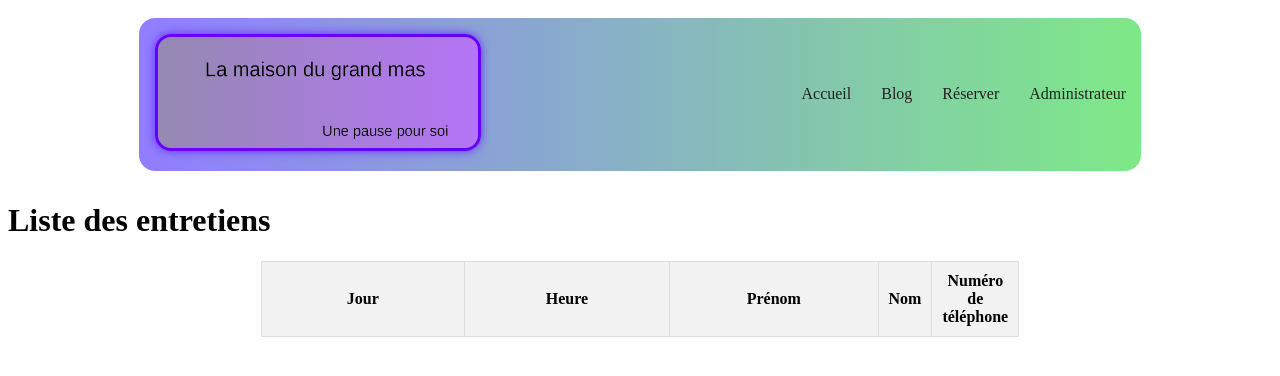
Repository: Crosnierpaul/Les_Rangers_de_Pouvoir
Page: http://localhost/adminEntretien
These files come from the project's save history. The page is drawn as it stood at one moment and after a run of saves; the edit follows.
The browser window is 1280 px wide. The pictures show the whole page.
The page is served by the project's Node server (site/server.js). Other server files are loaded and not shown. Queries for data that is not in the repository find no rows.

Above is the page before, as saved 2024-05-07 15:54:20.

### site/public/views/entretienAdmin.ejs
<!DOCTYPE html>
<html lang="fr">
<head>
    <meta charset="UTF-8">
    <meta name="viewport" content="width=device-width, initial-scale=1.0">
    <title>Administration des entretiens</title>
    <link rel="stylesheet" href="../css/admin.css">
</head>
<body>
    <%- include('navbarAdmin') %>
    <h1>Liste des entretiens</h1>
    <table>
        <thead>
            <tr>
                <th>Jour</th>
                <th>Heure</th>
                <th>Prénom</th>
                <th>Nom</th>
                <th>Numéro de téléphone</th>
            </tr>
        </thead>
        <tbody id="entretiensTableBody">
            <!-- Les entretiens seront ajoutés ici dynamiquement par JavaScript -->
        </tbody>
    </table>

    <script src="/js/entretienAdmin.js"></script>
</body>
</html>

### site/public/views/navbarAdmin.ejs
<!DOCTYPE html>
<html lang="fr">
<head>
    <meta charset="UTF-8">
    <meta name="viewport" content="width=device-width, initial-scale=1.0">
    <title>Navbar</title>
    <link href="/css/navbar.css" rel="stylesheet">
</head>
<body>
    <header>
        <nav class="navbar navbar-expand-md navbar-light">
            <div class="container">
                <!-- Ajouter le bouton de bascule pour les petits écrans
                <button class="navbar-toggler" type="button" data-toggle="collapse" data-target="#navbarSupportedContent" aria-controls="navbarSupportedContent" aria-expanded="false" aria-label="Toggle navigation">
                    <span class="navbar-toggler-icon"></span>
                </button> -->
                <div class="collapse navbar-collapse justify-content-center" id="navbarSupportedContent">
                    <ul class="navbar-nav d-flex justify-content-start">
                        <li id="liLogo">
                            <img id="logo" src="/images/logo.png"/>
                        </li>
                        <li class="nav-item">
                            <a class="nav-link" href="/">Accueil</a>
                        </li>
                        <li class="nav-item">
                            <a class="nav-link" href="/blog">Blog</a>
                        </li>
                        <li class="nav-item">
                            <a class="nav-link" href="/entretien">Réserver</a>
                        </li>
                        <li class="nav-item">
                            <a class="nav-link" href="/admin">Administrateur</a>
                        </li>
                        </ul>
                    </div>
                </div>
            </div>
        </nav>
    </header>

    <!-- Inclure jQuery (requis pour Bootstrap JavaScript)
    <script src="https://ajax.googleapis.com/ajax/libs/jquery/3.5.1/jquery.min.js"></script>
    Inclure Bootstrap JavaScript
    <script src="https://stackpath.bootstrapcdn.com/bootstrap/4.5.2/js/bootstrap.bundle.min.js"></script> -->
</body>
</html>

<script>
    // Attendez que le DOM soit chargé
    document.addEventListener("DOMContentLoaded", function() {
        // Récupérez l'URL de la page actuelle
        var currentLocation = window.location.href.substring("http://localhost:3000".length);

        // Sélectionnez tous les liens de la navbar
        var navLinks = document.querySelectorAll('.navbar-nav .nav-item');

        // Parcourez chaque lien pour vérifier s'il correspond à la page active
        navLinks.forEach(function(navItem) {
            var link = navItem.querySelector('.nav-link');
            var linkHref = link.getAttribute('href');

            // Vérifiez si l'URL de la page actuelle correspond à l'URL du lien dans la navbar
            if (currentLocation === linkHref) {
                // Ajoutez la classe 'active' à l'élément parent (li) correspondant
                navItem.classList.add('active');
            }
        });
    });
</script>

### site/server.js
const express = require('express');
const mongoose = require('mongoose');
const semainesRoutes = require('./routes/semainesRoutes');
const articleRoutes = require('./routes/articleRoutes');
const reservationsRoutes = require('./routes/reservationsRoutes');
const entretienRoutes = require('./routes/entretienRoutes');
const path = require('path');

const app = express();
const PORT = process.env.PORT || 3000;

//----------- Connect to MongoDB -----------//
mongoose.connect('mongodb://localhost:27017/siteDB', { useNewUrlParser: true, useUnifiedTopology: true })
    .then(() => {
        console.log('Connected to MongoDB');
        app.listen(PORT, () => {
            console.log(`Server is running on port ${PORT}`);
        });
    })
    .catch(err => console.error('Error connecting to MongoDB:', err));

//----------- Middleware -----------//
app.use(express.json());

app.use(express.static(path.join(__dirname, 'public')));

//----------- View engine setup -----------//
app.set('views', path.join(__dirname, 'public', 'views'));

app.set('view engine', 'ejs');

//----------- Routes -----------//
app.use('/semaines', semainesRoutes);
app.use('/reservations', reservationsRoutes);
app.use('/articles', articleRoutes);
app.use('/entretiens', entretienRoutes);

app.get('/', (req, res) => {
    res.render('index');
});

app.get('/blog', (req, res) => {
    res.render('blog');
});

app.get('/reservation', (req, res) => {
    res.render('reservation');
});

app.get('/admin', (req, res) => {
    res.render('admin');
});

app.get('/adminBlog', (req, res) => {
    res.render('blogAdmin');
});

app.get('/adminReservation', (req, res) => {
    res.render('reservationAdmin');
});

app.get('/entretien', (req, res) => {
    res.render('entretien');
});

app.get('/adminEntretien', (req, res) => {
    res.render('entretienAdmin');
});

app.get('/adminAccueil', (req, res) => {
    res.render('accueilAdmin');
});

### site/public/css/admin.css
/* Style de base pour le selecteur */
select {
    display: flex;
    justify-content: center;
}

#timeSlot {
    font-family: 'Poppins', sans-serif;
    font-size: 16px;
    padding: 10px;
    width: 200px;
    border: 1px solid #ccc;
    border-radius: 5px;
    background-color: #fff;
    appearance: none; /* Masquer l'apparence native */
}

/* Style pour les options du selecteur */
#timeSlot option {
    font-family: 'Poppins', sans-serif;
    font-size: 16px;
    padding: 10px;
    background-color: #fff;
    color: #333;
}

table {
    border-collapse: collapse;
    width: 60%;
    margin: 0 auto;
    border: 1px solid #ddd;
    border-radius: 5px;
}

th, td {
    border: 1px solid #ddd;
    padding: 10px;
    text-align: center;
    width: calc(100% / 3); /* Les cellules prennent chacune 1/3 de la largeur du tableau */
}

th {
    background-color: #f2f2f2;
}

tbody tr:hover {
    background-color: #f0f0f0;
    cursor: pointer;
}



td:hover {
    background-color: #f0f0f0; /* Couleur de fond lors du survol */
    cursor: pointer; /* Changement de curseur pour indiquer qu'il est cliquable */
}

td.selected {
    background-color: #c99aff; /* Couleur de fond grise pour les cellules sélectionnées */
    cursor: default; /* Désactiver le changement de curseur */
}

p {
    text-align: center;
}

section {
    margin: 1em auto; /* Centrer la section */
    max-width: 80%; /* Réduire la largeur maximale */
    --background: linear-gradient(to bottom, #b1ff9c 0%, #79ff84 100%);
    background: var(--background);
    border-radius: 1em;
    padding: 1em;
}

### site/public/css/navbar.css
.start-header {
	opacity: 1;
	transform: translateY(0);
	padding: 20px 0;
	box-shadow: 0 10px 30px 0 rgba(138, 155, 165, 0.15);
	-webkit-transition : all 0.3s ease-out;
	transition : all 0.3s ease-out;
}

.start-header.scroll-on {
	box-shadow: 0 5px 10px 0 rgba(138, 155, 165, 0.15);
	padding: 10px 0;
	-webkit-transition : all 0.3s ease-out;
	transition : all 0.3s ease-out;
}

.start-header.scroll-on .navbar-brand img{
	height: 24px;
	-webkit-transition : all 0.3s ease-out;
	transition : all 0.3s ease-out;
}

.navigation-wrap{
	position: fixed;
	width: 100%;
	top: 0;
	left: 0;
	z-index: 1000;
	-webkit-transition : all 0.3s ease-out;
	transition : all 0.3s ease-out;
}

.navbar {
    padding: 10px 0;
    display: flex;
    justify-content: center;
	margin-left: 1em;
  	margin-right: 1em;
}

.navbar-toggler {
	float: right;
	border: none;
	padding-right: 0;
	padding-left: 0;
}

.navbar-toggler:active,
.navbar-toggler:focus {
	outline: none;
}

.navbar-light .navbar-toggler-icon {
	width: 24px;
	height: 17px;
	background-image: none;
	position: relative;
	border-bottom: 1px solid #000;
    transition: all 300ms linear;
}

.navbar-light .navbar-toggler-icon:after,
.navbar-light .navbar-toggler-icon:before{
	width: 24px;
	position: absolute;
	height: 1px;
	background-color: #000;
	top: 0;
	left: 0;
	content: '';
	z-index: 2;
    transition: all 300ms linear;
}

.navbar-light .navbar-toggler-icon:after{
	top: 8px;
}

.navbar-toggler[aria-expanded="true"] .navbar-toggler-icon:after {
	transform: rotate(45deg);
}

.navbar-toggler[aria-expanded="true"] .navbar-toggler-icon:before {
	transform: translateY(8px) rotate(-45deg);
}

.navbar-toggler[aria-expanded="true"] .navbar-toggler-icon {
	border-color: transparent;
}

.nav-link{
	color: #212121 !important;
	font-weight: 500;
    transition: all 200ms linear;
}

.nav-item.active .nav-link{
	color: #7439cc  !important;
}

/* LIGNE SOUS LIEN APRES SOURIS DESSUS */

.nav-link {
	position: relative;
	padding: 5px 0 !important;
	display: inline-block;
}

.nav-item:after {
	position: absolute;
	bottom: -5px;
	left: 0;
	width: 100%;
	height: 2px;
	content: '';
	background-color: #7439cc ;
	opacity: 0;
    transition: all 200ms linear;
}

/* FIN LIGNE SOUS LIEN */

.nav-item:hover:after{
	bottom: 0;
	opacity: 1;
}

.nav-item.active:hover:after{
	opacity: 0;
}

.nav-item {
    position: relative;
    transition: all 200ms linear;
    padding: 1em;
    text-align: center;
}

/* .nav-item.active .nav-link {
    color: #007bff; /* Changez cette couleur pour mettre en évidence l'élément actif
} */

.navbar-brand {
    margin-right: auto;
    margin-left: auto;
}

/* Ajoutez ces styles pour supprimer les puces des éléments li */
.navbar-nav {
    display: flex;
    justify-content: center;
    align-items: center;
    padding-left: 0; /* Supprime le décalage à gauche de la liste */
}

.navbar-nav .nav-item {
    padding: 0 15px;
    list-style: none; /* Supprime les puces */
}

.navbar-nav .nav-link {
    color: #212121 !important;
    font-weight: 500;
    transition: all 200ms linear;
}

.navbar-nav .nav-item:hover .nav-link {
    color: #7439cc !important;
}

/* Modifiez les styles des liens de navigation pour ressembler à du texte normal */
.nav-link {
    color: #212121 !important;
    font-weight: 500;
    transition: all 200ms linear;
    text-decoration: none; /* Supprime le soulignement par défaut des liens */
    cursor: pointer; /* Change le curseur en pointeur au survol */
}

.container {
	--background: linear-gradient(to right, #917dff 0%, #7ee987 100%);
    margin: 0px;
	min-height: 15vh;
	max-width: max-content;
	background: var(--background);
	border-radius: 1em;
}

.purple {
	color: #7439cc;
}

#logo {
	width: 20em;
	border: 3.5px solid #6600ff;
	border-radius: 1em;
	margin-left:  1em;
	margin-right: 19.1em;
	--background: linear-gradient(to right, #948ab1 0%, #b574f6 100%);
	background: var(--background);
	box-shadow: 0 0 10px 0 rgb(106, 43, 255);
}

#liLogo {
    list-style: none;
}

.nav-item.active:after {
	position: absolute;
	bottom: 0;
	left: 0;
	width: 100%;
	height: 2px;
	content: '';
	background-color: #7439cc ;
	opacity: 1;
}

.rs {
	margin-left: 18em;
	display: inherit;
}

.rs .nav-item {
	margin-left: 5px;
	margin-right: 5px;
}

/* Styles pour les écrans plus petits que 768px */
@media (max-width: 1000px) {
    .navbar {
        flex-direction: column; /* Afficher les éléments de la navbar en colonne */
        align-items: center; /* Centrer les éléments */
    }

    .navbar-nav {
        flex-direction: column; /* Afficher les éléments de la navbar en colonne */
        align-items: center; /* Centrer les éléments */
    }

    .navbar-toggler {
        order: -1; /* Mettre le bouton de bascule en haut */
        margin-bottom: 10px; /* Ajouter un espace entre le bouton de bascule et les liens */
    }

    .rs {
        margin-left: 0; /* Réinitialiser la marge pour les icônes de réseaux sociaux */
        text-align: center; /* Centrer les icônes de réseaux sociaux */
    }
}

/*Styles pour les écrans plus petits que 576px */
@media (max-width: 576px) {
    .navbar-brand {
        margin: 0; /* Réinitialiser la marge pour le logo */
    }

    #logo {
        width: 98.3%; /* Faire en sorte que le logo occupe toute la largeur */
        margin: 0; /* Réinitialiser la marge */
    }

    .rs {
        display: flex; /* Afficher les icônes de réseaux sociaux en ligne */
        justify-content: center; /* Centrer les icônes de réseaux sociaux */
    }

    .rs .nav-item {
        margin: 0 5px; /* Ajouter un espacement horizontal entre les icônes de réseaux sociaux */
    }
}

.tel {
	margin-top: 5px;
}

### site/public/js/entretienAdmin.js
fetch('/entretiens/liste')
    .then(response => response.json())
    .then(entretiens => {
        // Convertir les dates en objets Date JavaScript
        entretiens.forEach(entretien => {
            const [day, month, year] = entretien.day.split(' ');
            const dateObject = new Date(`${year}-${getMonthNumber(month)}-${day}`);
            entretien.dateObject = dateObject;

            // Convertir l'heure en objet d'heure pour faciliter le tri
            const [startHour] = entretien.hour.split(' - ');
            entretien.startHour = startHour;
        });

        // Filtrer les entretiens pour ne garder que ceux qui sont après aujourd'hui
        const today = new Date();
        today.setHours(0, 0, 0, 0); // Mettre à minuit pour la comparaison de la date uniquement
        entretiens = entretiens.filter(entretien => entretien.dateObject >= today);

        // Trier les entretiens par date puis par heure, en mettant "13h - 13h30" en premier si présent
        entretiens.sort((a, b) => {
            if (a.dateObject.getTime() !== b.dateObject.getTime()) {
                return a.dateObject - b.dateObject;
            } else if (a.startHour === '13h' && b.startHour !== '13h') {
                return -1;
            } else if (a.startHour !== '13h' && b.startHour === '13h') {
                return 1;
            } else {
                return 0;
            }
        });

        // Afficher les entretiens triés dans la table
        const entretiensTableBody = document.getElementById('entretiensTableBody');
        entretiens.forEach(entretien => {
            const tr = document.createElement('tr');
            tr.innerHTML = `
                <td>${entretien.day}</td>
                <td>${entretien.hour}</td>
                <td>${entretien.firstName}</td>
                <td>${entretien.lastName}</td>
                <td>${entretien.phoneNumber}</td>
            `;
            entretiensTableBody.appendChild(tr);
        });
    })
    .catch(error => console.error('Error fetching entretiens:', error));

// Fonction utilitaire pour obtenir le numéro du mois à partir de son nom
function getMonthNumber(monthName) {
    const months = {
        'Janvier': 1, 'Février': 2, 'Mars': 3, 'Avril': 4, 'Mai': 5, 'Juin': 6,
        'Juillet': 7, 'Août': 8, 'Septembre': 9, 'Octobre': 10, 'Novembre': 11, 'Décembre': 12
    };
    return months[monthName];
}

### site/routes/entretienRoutes.js
const express = require('express');
const router = express.Router();
const Entretien = require('../models/Entretien');

//----------- POST Commande Entretien -----------//
router.post('/', async (req, res) => {
    try {
        // Récupérer les données de la réservation depuis le corps de la requête
        const { day, hour, firstName, lastName, phoneNumber } = req.body;

        // Vérifier s'il existe déjà une réservation pour le même jour et la même heure
        const existingReservation = await Entretien.findOne({ day, hour });

        if (existingReservation) {
            // Si une réservation existe déjà, renvoyer une erreur 409 (Conflit)
            return res.status(409).json({ error: "Il existe déjà une réservation pour cette heure" });
        }

        // Créer une nouvelle instance de réservation avec nom, prénom et numéro de téléphone
        const nouvelleReservation = new Entretien({
            day,
            hour,
            firstName,
            lastName,
            phoneNumber
        });

        // Sauvegarder la réservation dans la base de données
        const reservationEnregistree = await nouvelleReservation.save();

        // Répondre avec la réservation enregistrée
        res.status(201).json(reservationEnregistree);
    } catch (error) {
        // En cas d'erreur, renvoyer un code d'erreur 500 et un message d'erreur
        res.status(500).json({ error: error.message });
    }
});


//----------- GET Commande Entretien -----------//
router.get('/liste', async (req, res) => {
    try {
        // Récupérer tous les entretiens depuis la base de données
        const entretiens = await Entretien.find();

        // Renvoyer les entretiens au format JSON
        res.json(entretiens);
    } catch (error) {
        // En cas d'erreur, renvoyer un code d'erreur 500 et un message d'erreur
        res.status(500).json({ error: error.message });
    }
});

module.exports = router;

After the next 2 saves:
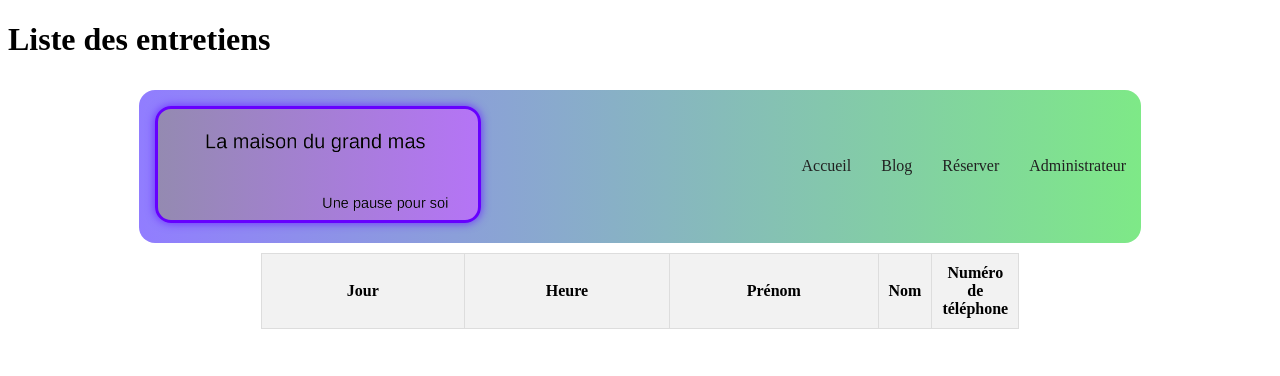
The 2 saves are shown as one change because they came seconds apart.
The last was saved 7 s later.
--- a/site/public/views/entretienAdmin.ejs
+++ b/site/public/views/entretienAdmin.ejs
@@ -7,8 +7,9 @@
     <link rel="stylesheet" href="../css/admin.css">
 </head>
 <body>
+    <h1>Liste des entretiens</h1>
     <%- include('navbarAdmin') %>
-    <h1>Liste des entretiens</h1>
+
     <table>
         <thead>
             <tr>
